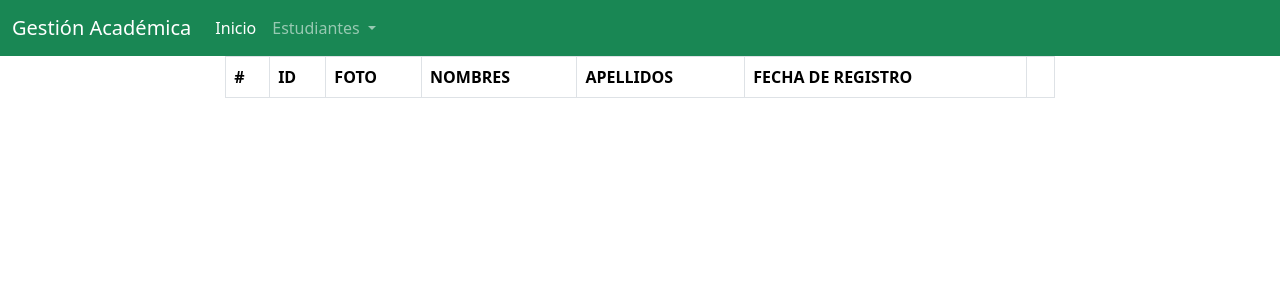
Repository: cesartomedes/frontacademico
Page: /
An editor plug-in stored every save of this project. The page is shown before and after a run of saves, followed by the edit.
The browser window is 1280 px wide. The pictures show the whole page.
The project was rebuilt for these pictures with package versions that can differ from the ones it lists, and the page was loaded fresh each time. Also part of the build but not shown: vue.config.js, src/views/EstudianteNew.vue, src/views/EstudianteEdit.vue, src/views/EstudianteView.vue.

Above is the page before, as saved 2023-10-24 15:58:44.

After the next 2 saves:
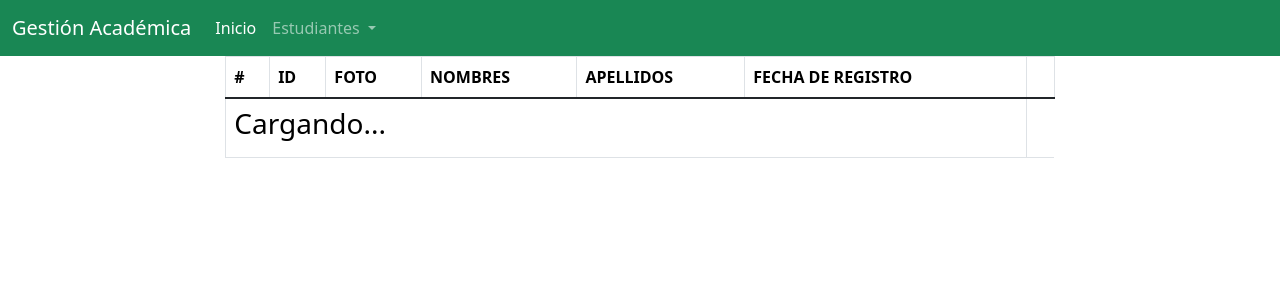
The 2 saves are shown as one change because they came seconds apart.
The last was saved 8 s later.
--- a/src/views/HomeView.vue
+++ b/src/views/HomeView.vue
@@ -57,7 +57,7 @@
 
       methods:{
         getEstudiantes(){
-
+          this.cargando = true
         }
       }
   }
